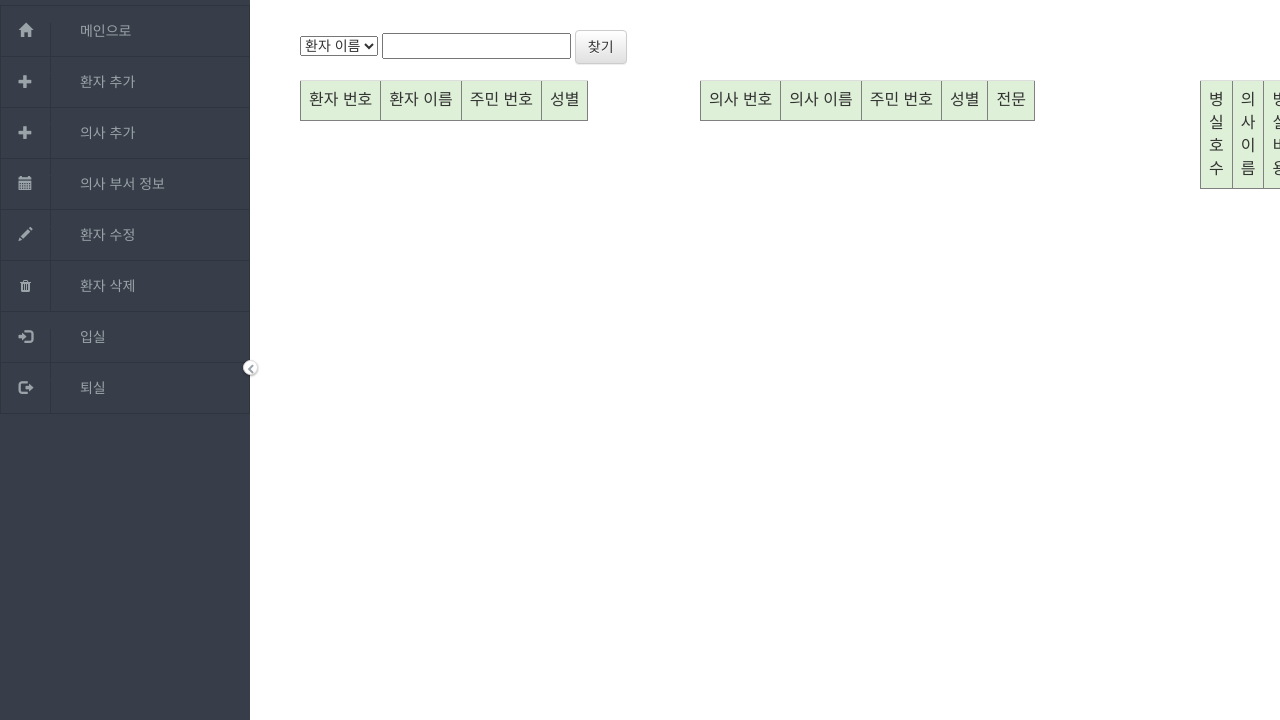
Repository: qaws1134/Hospital_manager
Page: http://localhost/project/main.jsp
The author's editor kept a copy of each file at every save. The page is drawn from the files as they stood at one save, then again after the next save.
The browser window is 1280 px wide. The pictures show the whole page.
Some web libraries are served in a nearby version. The page is served by Tomcat 9. Other server files are loaded and not shown. The template is opened directly, without the code that normally fills it, so the values that code supplies are empty.

Above is the page before, as saved 2017-12-09 17:21:06.
Console error (its wording comes from the project's code and is left out).

### project/WebContent/main.jsp
<%@ page language="java" contentType="text/html; charset=UTF-8"
    pageEncoding="UTF-8"%>
<%@ taglib uri="http://java.sun.com/jsp/jstl/core" prefix="c" %>

<html lang="kr">
	<head>

	<meta http-equiv="Content-Type" content="text/html" charset="UTF-8">
	<title>http://www.blueb.co.kr</title>
<link rel="stylesheet" href="http://netdna.bootstrapcdn.com/font-awesome/4.3.0/css/font-awesome.min.css">
<!-- 합쳐지고 최소화된 최신 CSS -->
<link rel="stylesheet" href="https://maxcdn.bootstrapcdn.com/bootstrap/3.3.2/css/bootstrap.min.css">
<!-- 부가적인 테마 -->
<link rel="stylesheet" href="https://maxcdn.bootstrapcdn.com/bootstrap/3.3.2/css/bootstrap-theme.min.css">

<!-- 합쳐지고 최소화된 최신 자바스크립트 -->
<script src="https://maxcdn.bootstrapcdn.com/bootstrap/3.3.2/js/bootstrap.min.js"></script>

<style type="text/css">
input[type="checkbox"]#menu_state {
  display: none;
}
input[type="checkbox"]:checked ~ nav {
  width: 250px;
}
input[type="checkbox"]:checked ~ nav label[for="menu_state"] i::before {
  content: "\f053";
}
input[type="checkbox"]:checked ~ nav ul {
  width: 100%;
}
input[type="checkbox"]:checked ~ nav ul li a i {
  border-right: 1px solid #2f343e;
}
input[type="checkbox"]:checked ~ nav ul li a span {
  opacity: 1;
  transition: opacity 0.25s ease-in-out;
}
input[type="checkbox"]:checked ~ main {
  left: 250px;
}
nav {
  position: fixed;
  z-index: 9;
  top: 0;
  left: 0;
  bottom: 0;
  background: #383e49;
  color: #9aa3a8;
  width: 50px;
  font-family: 'Montserrat', sans-serif;
  font-weight: lighter;
  transition: all 0.15s ease-in-out;
}
nav label[for="menu_state"] i {
  cursor: pointer;
  position: absolute;
  top: 50%;
  right: -8px;
  box-shadow: 0 1px 3px rgba(0,0,0,0.12), 0 1px 2px rgba(0,0,0,0.24);
  background: #fff;
  font-size: 10px;
  display: flex;
  justify-content: center;
  align-items: center;
  height: 15px;
  width: 15px;
  border-radius: 50%;
  border: 1px solid #ddd;
  transition: width 0.15s ease-in-out;
  z-index: 1;
}
nav label[for="menu_state"] i::before {
  margin-top: 2px;
  content: "\f054";
}
nav label[for="menu_state"] i:hover {
  box-shadow: 0 10px 20px rgba(0,0,0,0.19), 0 6px 6px rgba(0,0,0,0.23);
}
nav ul {
  overflow: hidden;
  display: block;
  width: 50px;
  list-style-type: none;
  padding: 0;
  margin: 0;
}
nav ul li {
  border: 1px solid #2f343e;
  position: relative;
}
nav ul li.unread:after {
  content: attr(data-content);
  position: absolute;
  top: 10px;
  left: 25px;
  display: flex;
  justify-content: center;
  align-items: center;
  width: 15px;
  height: 15px;
  border-radius: 50%;
  color: #fff;
  background: #ef5952;
  font-size: 8px;
}
nav ul li:not(:last-child) {
  border-bottom: none;
}
nav ul li.active a {
  background: #4c515d;
  color: #fff;
}
nav ul li a {
  position: relative;
  display: block;
  white-space: nowrap;
  text-decoration: none;
  color: #9aa3a8;
  height: 50px;
  width: 100%;
  transition: all 0.15s ease-in-out;
}
nav ul li a:hover {
  background: #4c515d;
  color: #fff;
}
nav ul li a * {
  height: 100%;
  display: inline-block;
}
nav ul li a i {
  text-align: center;
  width: 50px;
  z-index: 999999;
}
nav ul li a i.fa {
  line-height: 50px;
}
nav ul li a span {
  padding-left: 25px;
  opacity: 0;
  line-height: 50px;
  transition: opacity 0.1s ease-in-out;


}

</style>
</head>

<body>
<input type="checkbox" id="menu_state" checked>
<nav>
	<label for="menu_state"><i class="fa"></i></label>
	<ul>
    <li>
      <a href="main.do">
        <i class="glyphicon glyphicon-home"></i>
        <span>메인으로</span>   <!--환자 대기 목록,병실 목록 및 현황-->
      </a>
    </li>
		<li>
			<a href="P_addui.do">
				<i class="glyphicon glyphicon-plus"></i>
				<span>환자 추가</span>
			</a>
		</li>
		<li>
			<a href="D_addui.do">
				<i class="glyphicon glyphicon-plus"></i>
				<span>의사 추가</span>
			</a>
		</li>

		<li>
			<a href="D_clsif.do">
				<i class="glyphicon glyphicon-calendar"></i>
				<span>의사 부서 정보</span>
			</a>
		</li>

		<li>
			<a href="cristal.do">
				<i class="glyphicon glyphicon-pencil"></i>
				<span>환자 수정</span>
			</a>
		</li>
		<li>
			<a href="delsel.do">
				<i class="fa fa-trash"></i>
				<span>환자 삭제</span>
			</a>
		</li>
      <li>
      <a href="insel.do">
        <i class="glyphicon glyphicon-log-in"></i>
        <span>입실</span>
      </a>
    </li>
        <li>
      <a href="javascript:void(0)">
        <i class="glyphicon glyphicon-log-out"></i>
        <span>퇴실</span>
      </a>
    </li>
	</ul>
</nav>
<section style="position:absolute; top:30px;left:300px">
<form action="search.do">
	<select name ="searchName"size ="1">
		<option value="p_name">환자 이름</option>
		<option value="d_name">의사 이름</option>
		<option value="d_cls">병원 종류</option>
	</select>
	<input type="text" name="searchValue"  >
	<input type="submit"  value="찾기" class="btn btn-default">
</form>
</section>

<!-- 환자 정보	 -->
<section style="position:absolute; top:80px;left:300px">
      <table border="1" class="table table-striped">
      	<tr  class="success">
      		<td>환자 번호</td>
      		<td>환자 이름</td>
      		<td>주민 번호</td>
      		<td>성별</td>
      	</tr>

      	<c:forEach items="${P_list}" var="dto">
	      	<tr>
	      		<td>${dto.p_NUM}</td>
	      		<td>${dto.p_NAME}</td>
	      		<td>${dto.p_PERNUM}</td>
	      		<td>${dto.p_GENDER }</td>
	      	</tr>
		</c:forEach>
      </table>
</section>
<!-- 의사 정보 -->
<section style="position:absolute; top:80px;left:700px">
     <table border="1" class="table table-striped">
      	<tr  class="success">
      		<td>의사 번호</td>
      		<td>의사 이름</td>
      		<td>주민 번호</td>
      		<td>성별</td>
      		<td>전문</td>
      	</tr>


      	<c:forEach items="${D_list}" var="dto">
	      	<tr>
	      		<td>${dto.d_NUM}</td>
	      		<td>${dto.d_NAME}</td>
	      		<td>${dto.d_PERNUM}</td>
	      		<td>${dto.d_GENDER }</td>
	      		<td>${dto.d_CLS}</td>
	      	</tr>
		</c:forEach>
      </table>
</section>

<!-- 병실 정보 -->
<section style="position:absolute; top:80px;left:1200px">
      <table border="1" class="table table-striped">
      	<tr  class="success">
      		<td>병실 호수</td>
      		<td>의사 이름</td>
      		<td>병실 비용</td>
  			<td>병원 전문</td>


      	</tr>

      	<c:forEach items="${D_inshow}" var="dto">
	      	<tr>
	      		<td>${dto.h_NUM}호</td>
	      		<td>${dto.d_NAME}</td>
	      		<td>${dto.h_COST}</td>
	      		<td>${dto.d_CLS}</td>
	      	</tr>
		</c:forEach>
      </table>
</section>

<!--
<section style="position:absolute; top:400px;left:300px">
     <table border="1">
		<tr>
      	<c:forEach items="${D_list}" var="dto">
	      		<td>${dto.d_NUM}</td>
	      		<td>${dto.d_NAME}</td>
	      		<td>${dto.d_PERNUM}</td>
	      		<td>${dto.d_GENDER }</td>
	      		<td>${dto.d_CLS}</td>
		</c:forEach>
		</tr>
		<tr>
      	<c:forEach items="${D_list}" var="dto">
	      		<td>${dto.d_NUM}</td>
	      		<td>${dto.d_NAME}</td>
	      		<td>${dto.d_PERNUM}</td>
	      		<td>${dto.d_GENDER }</td>
	      		<td>${dto.d_CLS}</td>
		</c:forEach>
		</tr>
		<tr>
      	<c:forEach items="${D_list}" var="dto">
	      		<td>${dto.d_NUM}</td>
	      		<td>${dto.d_NAME}</td>
	      		<td>${dto.d_PERNUM}</td>
	      		<td>${dto.d_GENDER }</td>
	      		<td>${dto.d_CLS}</td>
		</c:forEach>
		</tr>
      </table>
</section>
-->



</body>
</html>

After the next save:
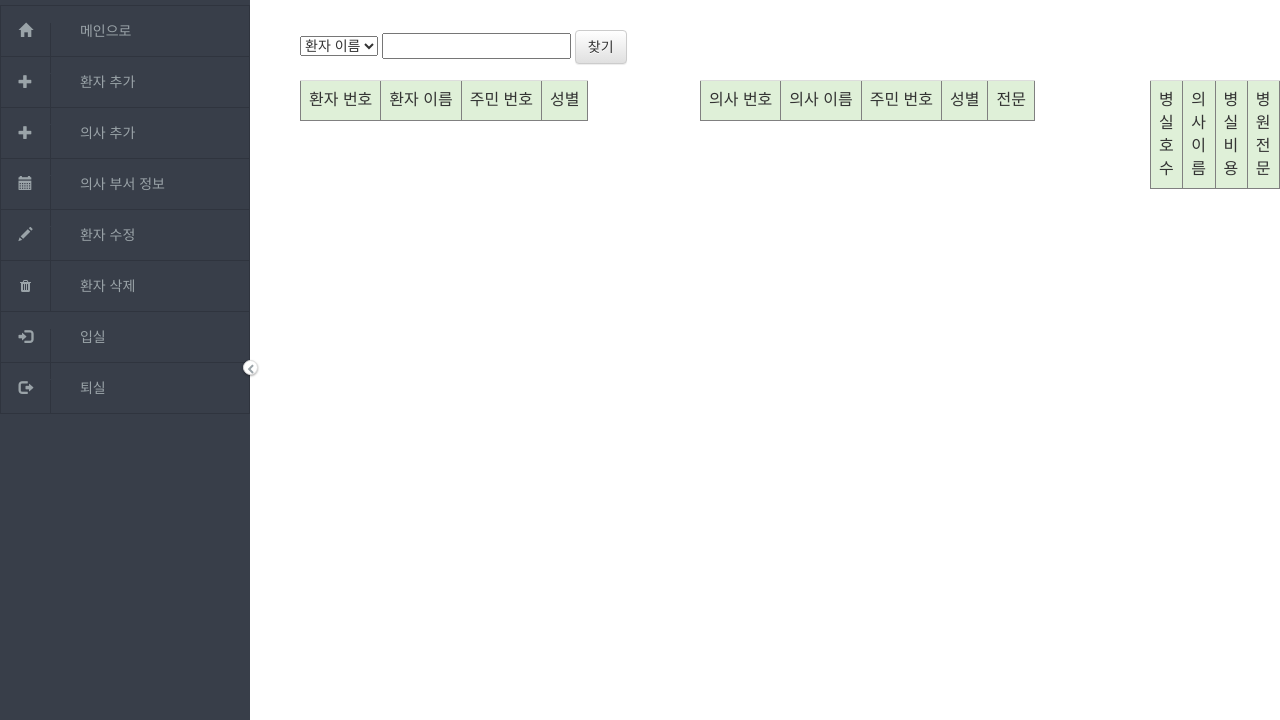
Saved 6 s later.
--- a/project/WebContent/main.jsp
+++ b/project/WebContent/main.jsp
@@ -263,7 +263,7 @@ nav ul li a span {
 </section>
 
 <!-- 병실 정보 -->
-<section style="position:absolute; top:80px;left:1200px">
+<section style="position:absolute; top:80px;left:1150px">
       <table border="1" class="table table-striped">
       	<tr  class="success">
       		<td>병실 호수</td>
